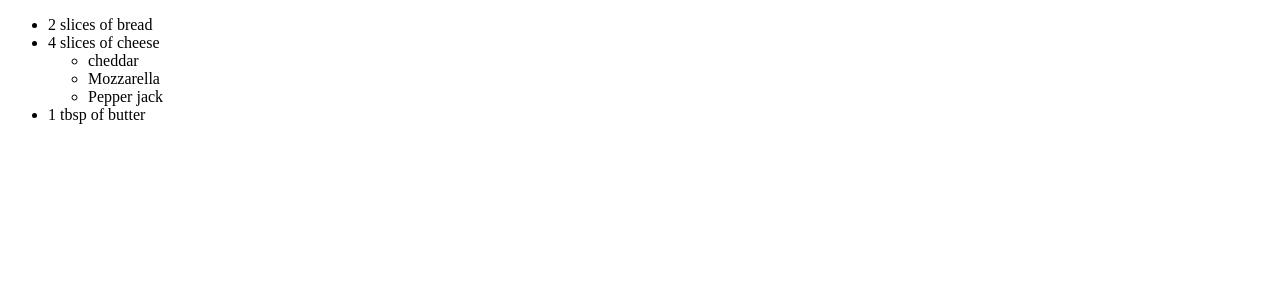
Repository: iamkamara/Git-basics-lab
Page: phase-0-html-lists-lab/index.html
An editor plug-in stored every save of this project. The page is shown before and after the next save, followed by the edit.
The browser window is 1280 px wide. The pictures show the whole page.

Above is the page before, as saved 2022-08-04 12:43:01.

After the next save:
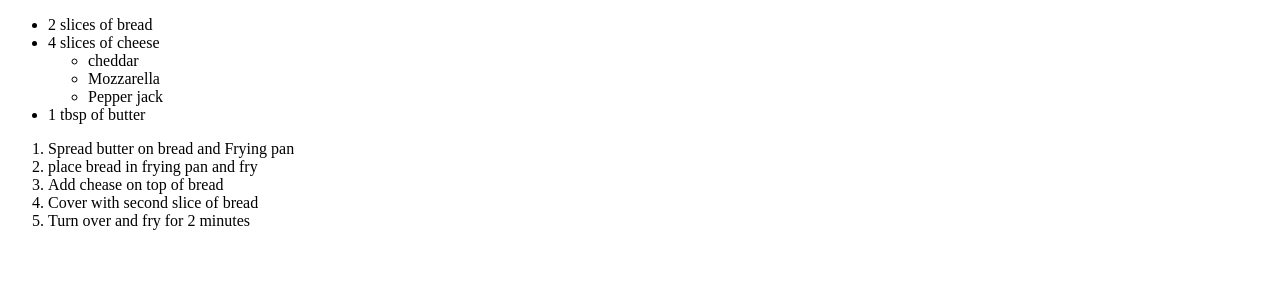
Saved 7 min 25 s later.
--- a/phase-0-html-lists-lab/index.html
+++ b/phase-0-html-lists-lab/index.html
@@ -14,5 +14,12 @@
       </ul>
       <li>1 tbsp of butter</li>
     </ul>
+    <ol>
+      <li>Spread butter on bread and Frying pan</li>
+      <li>place bread in frying pan and fry</li>
+      <li>Add chease on top of bread</li>
+      <li>Cover with second slice of bread</li>
+      <li>Turn over and fry for 2 minutes</li>
+    </ol>
   </body>
 </html>
